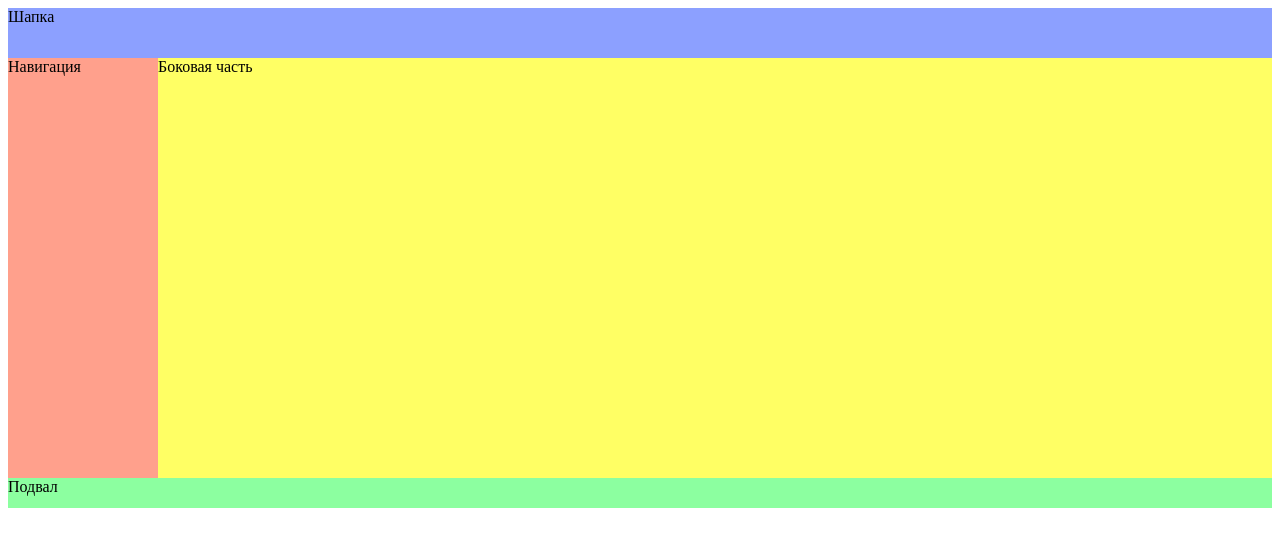
Repository: IrinaGetmanenko/week6
Page: tables.html
These files come from the project's save history. The page is drawn as it stood at one moment and after the next save; the edit follows.
The browser window is 1280 px wide. The pictures show the whole page.

Above is the page before, as saved 2022-09-02 13:16:54.

### tables.html
<!DOCTYPE html>
<html lang="en">
<head>
    <meta charset="UTF-8">
    <meta http-equiv="X-UA-Compatible" content="IE=edge">
    <meta name="viewport" content="width=device-width, initial-scale=1.0">
    <title>Document</title>
</head>
<style>




.page {
  display: grid;
  width: 100%;
  height: 500px;
  grid-template-areas: "head head"
                       "nav  main"
                       "foot  foot";
  grid-template-rows: 50px 1fr 30px;
  grid-template-columns: 150px 1fr;
}

.page > header {
  grid-area: head;
  background-color: #8ca0ff;
}

.page > nav {
  grid-area: nav;
  background-color: #ffa08c;
}

.page > main {
  grid-area: main;
  background-color: #ffff64;
}

.page > aside {
  grid-area: main;
  background-color: #ffff64;
}

.page > footer {
  grid-area: foot;
  background-color: #8cffa0;
}



</style>
<body>


    <div class="page">
        <header>Шапка</header>
        <nav>Навигация</nav>
        <main>Основной контент</main>
        <aside>Боковая часть</aside>
        <footer>Подвал</footer>
      </div>



      </div>

</body>
</html>

After the next save:
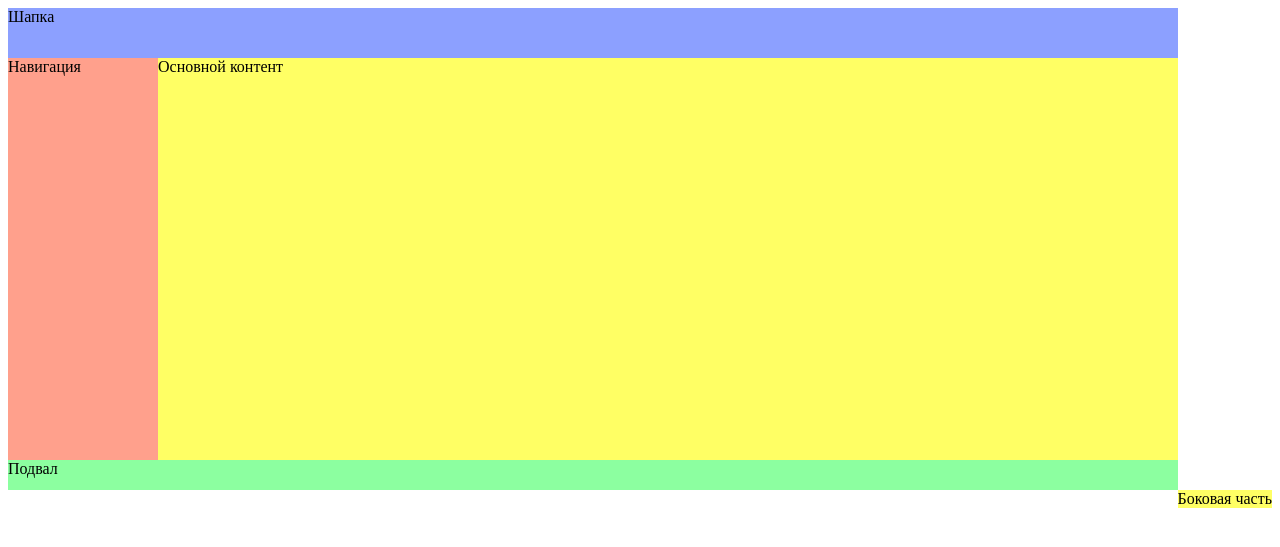
Saved 30 s later.
--- a/tables.html
+++ b/tables.html
@@ -38,7 +38,7 @@
 }
 
 .page > aside {
-  grid-area: main;
+  grid-area: aside;
   background-color: #ffff64;
 }
 
